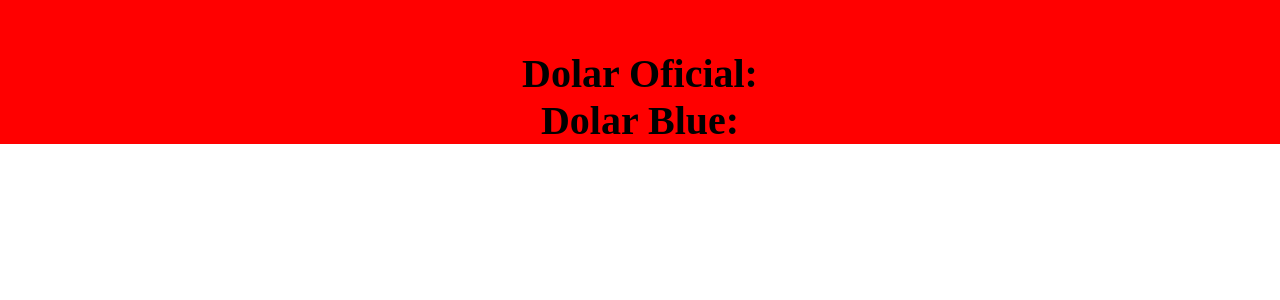
Repository: matias4633/Bill-Metal
Page: BillMetal/widget/BillMetal/index.html
An editor plug-in stored every save of this project. The page is shown before and after the next save, followed by the edit.
The browser window is 1280 px wide. The pictures show the whole page.
The page's requests for data from a server got no answer.

Above is the page before, as saved 2022-07-15 02:23:11.
Console error (its wording comes from the project's code and is left out).

After the next save:
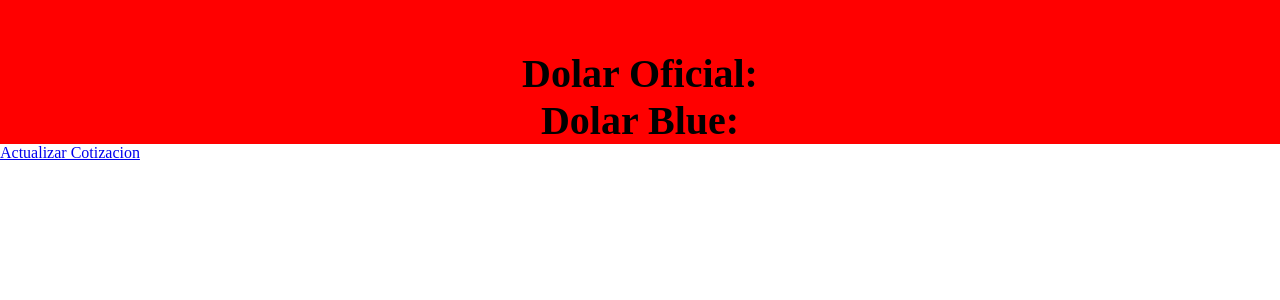
Saved 5 min 38 s later.
--- a/BillMetal/widget/BillMetal/index.html
+++ b/BillMetal/widget/BillMetal/index.html
@@ -11,7 +11,10 @@
 <body>
   <div id="page">
     <div id="container">
-      <p id="texto-oficial">Dolar Oficial: <div id="oficial"></div> <div id="texto-blue">Dolar Blue: <div id="blue"></div> </div> </p>
+      <p id="texto-oficial">Dolar Oficial: <div id="oficial"></div>
+      <div id="texto-blue">Dolar Blue: <div id="blue"></div> </div>
+      <a href="javascript:location.reload()">Actualizar Cotizacion</a>
+      </p>
 
     </div>
   </div>
